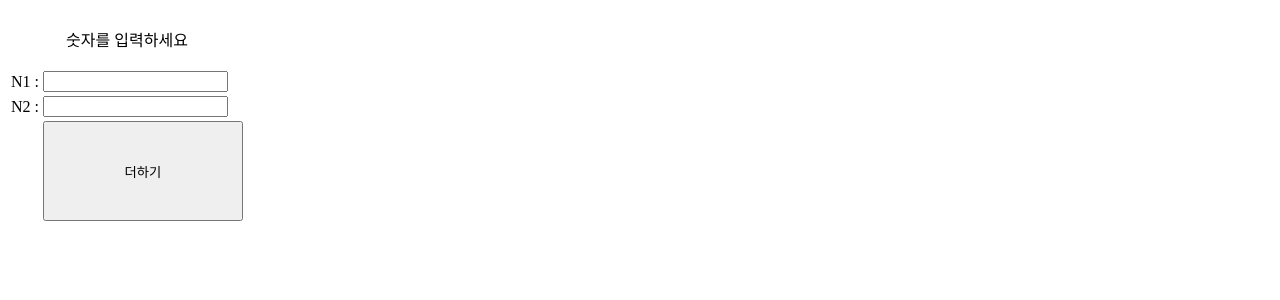
Repository: HyeogDo/Study_Java
Page: http://localhost/JSP/Quiz_06.jsp
These files come from the project's save history. The page is drawn as it stood at one moment and after the next save; the edit follows.
The browser window is 1280 px wide. The pictures show the whole page.
The page is served by Tomcat 9.

Above is the page before, as saved 2022-03-16 06:06:40.

After the next save:
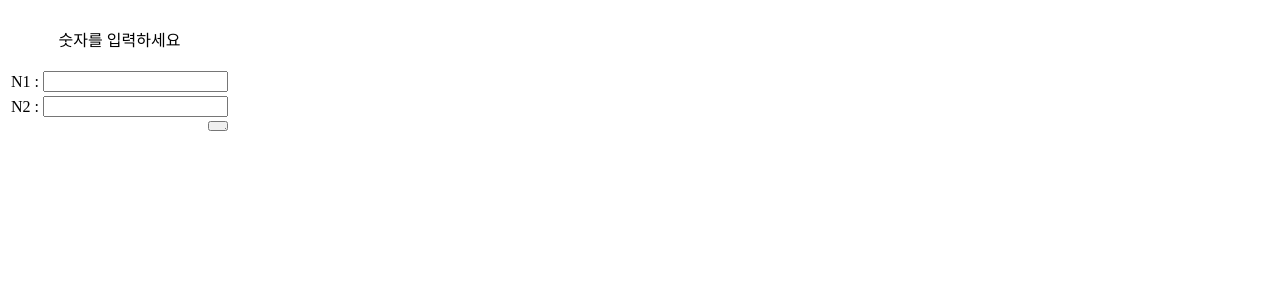
Saved 14 s later.
--- a/JSP/JSP/src/main/webapp/Quiz_06.jsp
+++ b/JSP/JSP/src/main/webapp/Quiz_06.jsp
@@ -22,7 +22,7 @@
 			</tr>
 			<tr>
 				<td></td>
-				<td align="right"><input type="submit" value="더하기" style="height: 100px; width: 200px;"></td>
+				<td align="right"><input type="submit" value="더하기" style="height: 10px; width: 20px;"></td>
 
 			</tr>
 
